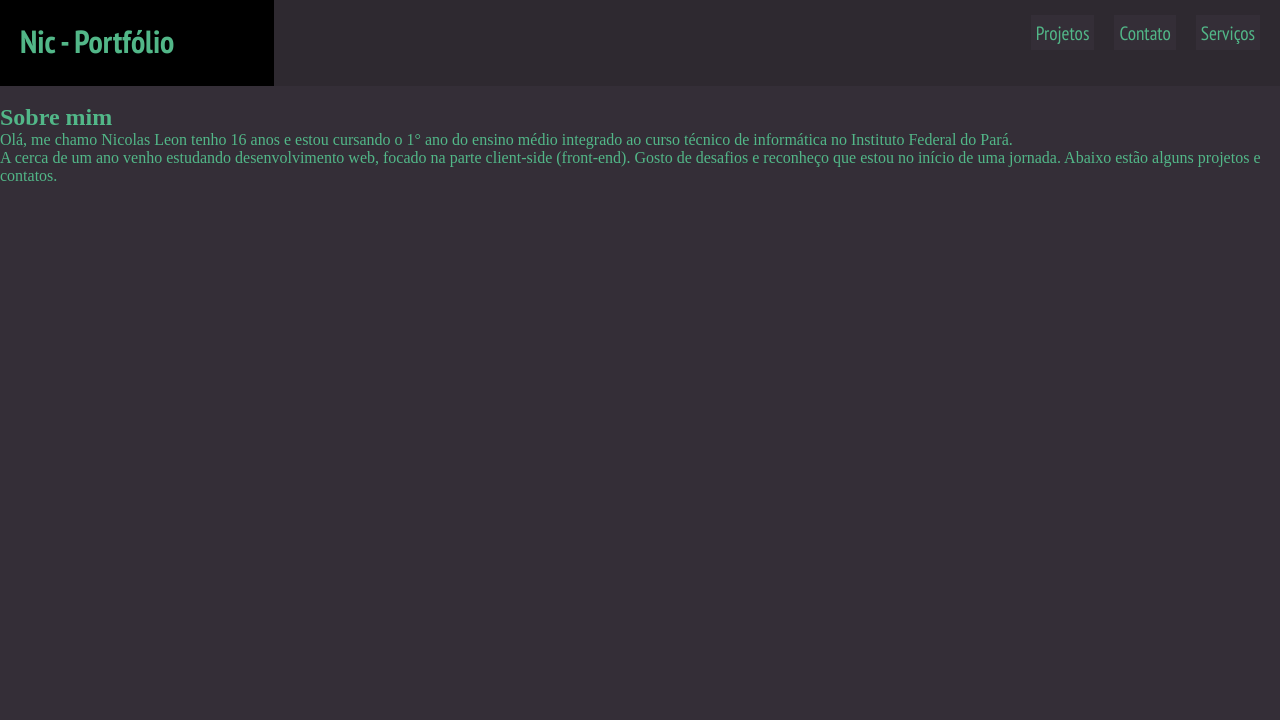
Repository: Leonngc/portfolio
Page: index.html
These files come from the project's save history. The page is drawn as it stood at one moment and after the next save; the edit follows.
The browser window is 1280 px wide. The pictures show the whole page.
The pointer rests on the first visible `a`.

Above is the page before, as saved 2022-12-02 10:32:32.

After the next save:
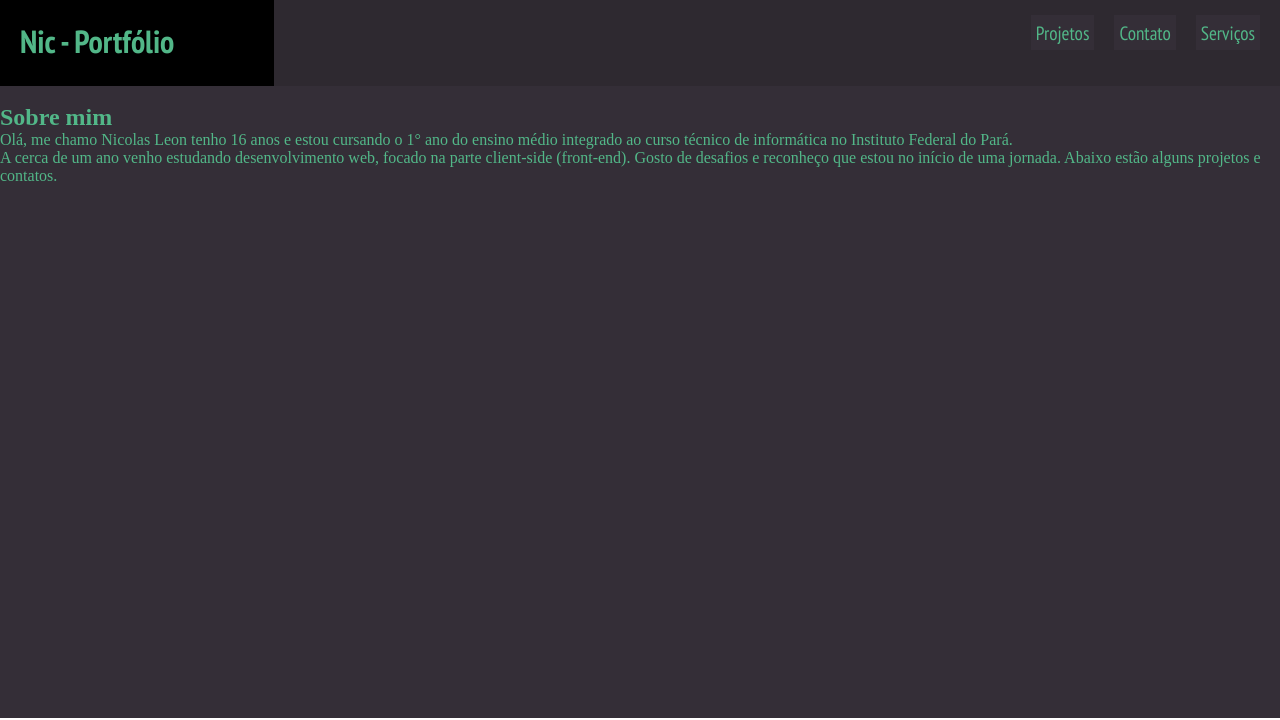
Saved 26 s later.
--- a/home.css
+++ b/home.css
@@ -66,3 +66,8 @@
     transition: width 0.3s ease 0s, left 0.3s ease 0s;
     width: 0;
 }
+
+a:hover:after {
+    width: 100%;
+    left: 0;
+  }
